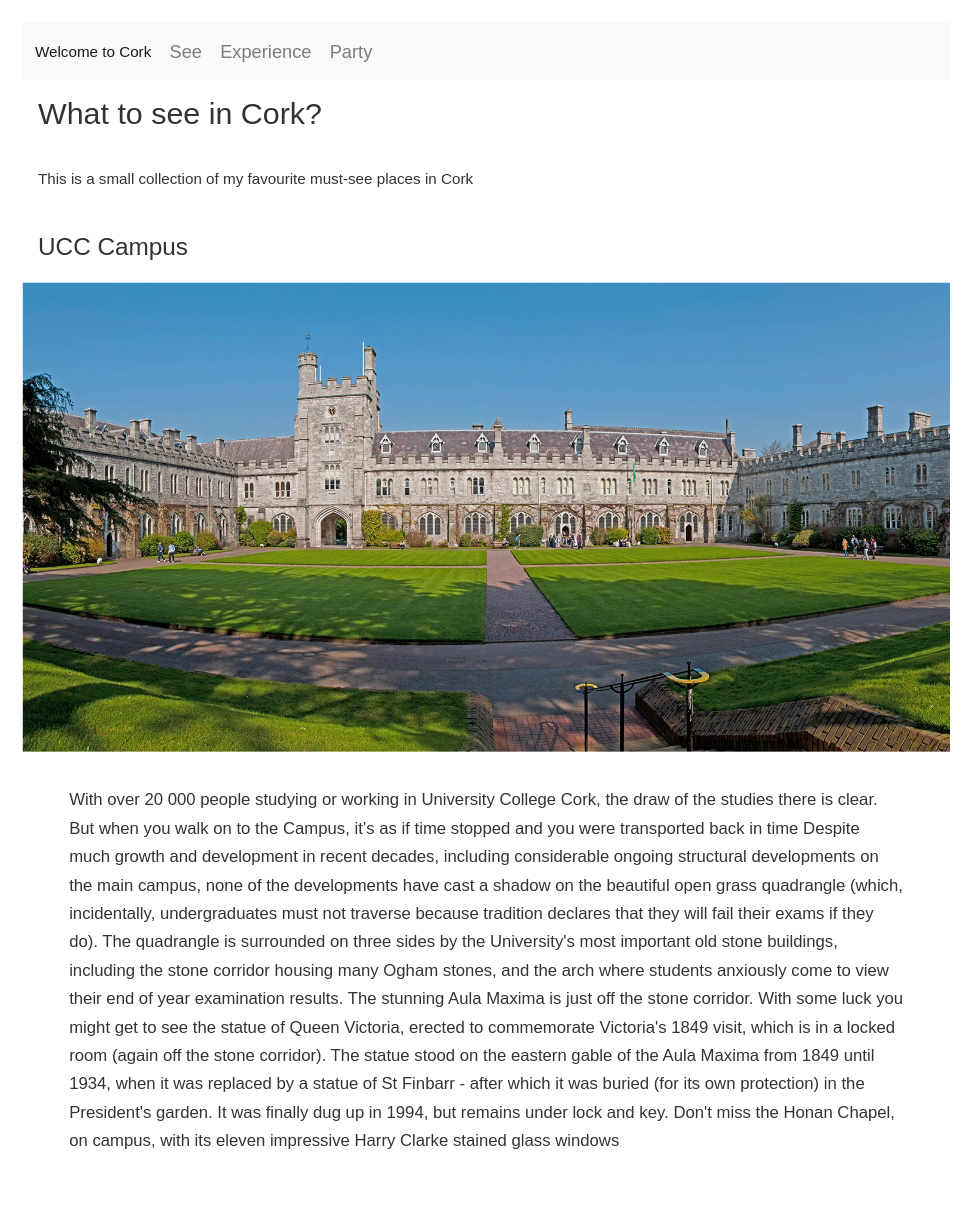
Repository: Maja-Jer/Welcome-to-Cork
Page: see.html
The author's editor kept a record of every edit. The page is drawn from the files as they stood at one moment, then again after the next edit.
The browser window is 1280 px wide. The pictures show the whole page, at 76% of full size.
Some web libraries are served in a nearby version.

Above is the page before.

### see.html
<!DOCTYPE html>
<html lang="en">

<head>
    <meta charset="UTF-8">
    <meta name="viewport" content="width=device-width, initial-scale=1.0">
    <meta http-equiv="X-UA-Compatible" content="ie=edge">
    <link rel="stylesheet" href="https://maxcdn.bootstrapcdn.com/bootstrap/4.1.3/css/bootstrap.min.css">
    <link rel="stylesheet" href="https://use.fontawesome.com/releases/v5.6.1/css/all.css" integrity="sha384-gfdkjb5BdAXd+lj+gudLWI+BXq4IuLW5IT+brZEZsLFm++aCMlF1V92rMkPaX4PP" crossorigin="anonymous">
    <link href="https://fonts.googleapis.com/css?family=Roboto:400,700" rel="stylesheet">
    <link rel="stylesheet" href="assets/style.css" type="text/css" />
    <title>Welcome to Cork, the REAL capital of Ireland</title>
</head>

<body>

    <!---------------Navgation-------->
    <nav class="navbar navbar-light bg-light navbar-expand-sm">
        <a href="/" class="navbar-brand">Welcome to Cork</a>

        <!---------------Dropdown menu-------->
        <button class="navbar-toggler ml-auto" type="button" data-toggle="collapse" data-target="#navbarNavDropdown" aria-controls="navbarNavDropdown" aria-expanded="false" aria-label="Toggle navigation">
        <span class="navbar-toggler-icon"></span></button>

        <div class="collapse navbar-collapse" id="navbarNavDropdown">
            <ul class="navbar-nav mr-auto">
                <li class="nav-item mr-2"><a class="nav-link" href="#see">See</a></li>
                <li class="nav-item mr-2"><a class="nav-link" href="#experience">Experience</a></li>
                <li class="nav-item mr-2"><a class="nav-link" href="#party">Party</a></li>

            </ul>
        </div>

    </nav>

    <!--------------- Article -------->
    <div class="article-see">
        <h1>What to see in Cork?</h1>
        <br>
        <p>This is a small collection of my favourite must-see places in Cork</p>
        <br>
        <div class="ucc-campus">
            <h2>UCC Campus</h2>
        </div>
    </div>


    <div class="container-ucc">
         <div class="container-ucc-campus">
            <img class= "img-fluid" src="assets/photos/ucc-campus.jpg" alt="UCC Campus">
        </div>

            <div class= "site-description">
                <p>With over 20 000 people studying or working in University College Cork, the draw of the studies there is clear. But when you walk on to the Campus, it’s as if time stopped and you were transported back in time Despite much growth and development
            in recent decades, including considerable ongoing structural developments on the main campus, none of the developments have cast a shadow on the beautiful open grass quadrangle (which, incidentally, undergraduates must not traverse because
            tradition declares that they will fail their exams if they do). The quadrangle is surrounded on three sides by the University's most important old stone buildings, including the stone corridor housing many Ogham stones, and the arch where
            students anxiously come to view their end of year examination results. The stunning Aula Maxima is just off the stone corridor. With some luck you might get to see the statue of Queen Victoria, erected to commemorate Victoria's 1849 visit,
            which is in a locked room (again off the stone corridor). The statue stood on the eastern gable of the Aula Maxima from 1849 until 1934, when it was replaced by a statue of St Finbarr - after which it was buried (for its own protection) in
            the President's garden. It was finally dug up in 1994, but remains under lock and key. Don't miss the Honan Chapel, on campus, with its eleven impressive Harry Clarke stained glass windows

                </p>
            </div>
    </div>



    <script src="https://code.jquery.com/jquery-3.3.1.slim.min.js " integrity="sha384-q8i/X+965DzO0rT7abK41JStQIAqVgRVzpbzo5smXKp4YfRvH+8abtTE1Pi6jizo " crossorigin="anonymous "></script>
    <script src="https://cdnjs.cloudflare.com/ajax/libs/popper.js/1.14.7/umd/popper.min.js " integrity="sha384-UO2eT0CpHqdSJQ6hJty5KVphtPhzWj9WO1clHTMGa3JDZwrnQq4sF86dIHNDz0W1 " crossorigin="anonymous "></script>
    <script src="https://stackpath.bootstrapcdn.com/bootstrap/4.3.1/js/bootstrap.min.js " integrity="sha384-JjSmVgyd0p3pXB1rRibZUAYoIIy6OrQ6VrjIEaFf/nJGzIxFDsf4x0xIM+B07jRM " crossorigin="anonymous "></script>
</body>

</html>

### assets/style.css
/*----------------------- header*/

head {
  font-family: 'Roboto', sans-serif;
}

body {
  font: 20px Montserrat, sans-serif;
  line-height: 1.8;
  color: #333;
  display: block;
  padding: 30px;


}

/*----------------------navigation bar*/

ul {
  list-style-type: none;
  margin: 0;
  padding: 0;
  overflow: hidden;
  font-weight: normal;
  font-size: 24px;
}

li {
  float: left;
}

navbar-brand {
  color: black;
}

li a {
  display: block;
  color: white;
  text-align: center;
  padding: 14px 16px;
  text-decoration: none;

}

li a:hover {
  background-color: #9FA8DA;
  color: white;
  text-decoration: none;
  font-weight: bold;
}

/*---------------------end of navigation bar*/

.main-container {


}
.container-main-photo {
  max-height: 300px
  max-width: 80%;

}

/* ---------------------------------- Article*/
.article {
  position: relative;
  vertical-align: top;
  background-color: #fff
  margin-bottom: 1em;
  max-width: 830px;
  padding: 2em 0 0 0;
  text-align: left;
}

.site-photo {
  position: relative;
  text-align: center;
  margin-bottom: 1.6em;
}

.site-description {
  margin: 2em 5% 2em 5%;
  font-size: 1.1em;
  line-height: 1.7;
  color: #333;
}

.article-see {
  padding: 20px;
}

/* ---------------------------------- Containers*/

.container-main-photo {
  max-height: 730px;
  max-width: 1160px;
  padding: 30px;
  margin: 10px;
  overflow: auto;
}


#container-about-cork {
  font-size: 16px;
  margin: 25px 50px 75px;
  padding: 30px;


}
@media screen and (min-width: 600px) {
#container-about-cork {
  font-size: 18px;
  margin: 25px 20px 75px 20px;
  }
}
@media screen and (max-width: 600px) {
#container-about-cork {
  font-size: 14px;
  margin: 25px 10px 75px 20px;
  }
}

.container-ucc {

}



/*---------------------footer*/

.p-3 {
    padding: 1rem!important;
}

.mt-5, .my-5 {
    margin-top: 3rem!important;

}

.bg-secondary {
    background-color: #6c757d!important;
}

.footer {
  width: 100%;
  margin-right: auto;
  margin-left: auto;
}

.text-white {
  color: #fff!important;
}

.col-12 {
  -ms-flex: 0 0 100%;
  flex: 0 0 100%;
  max-width: 100%;
  text-align: center;
}

After the next edit:
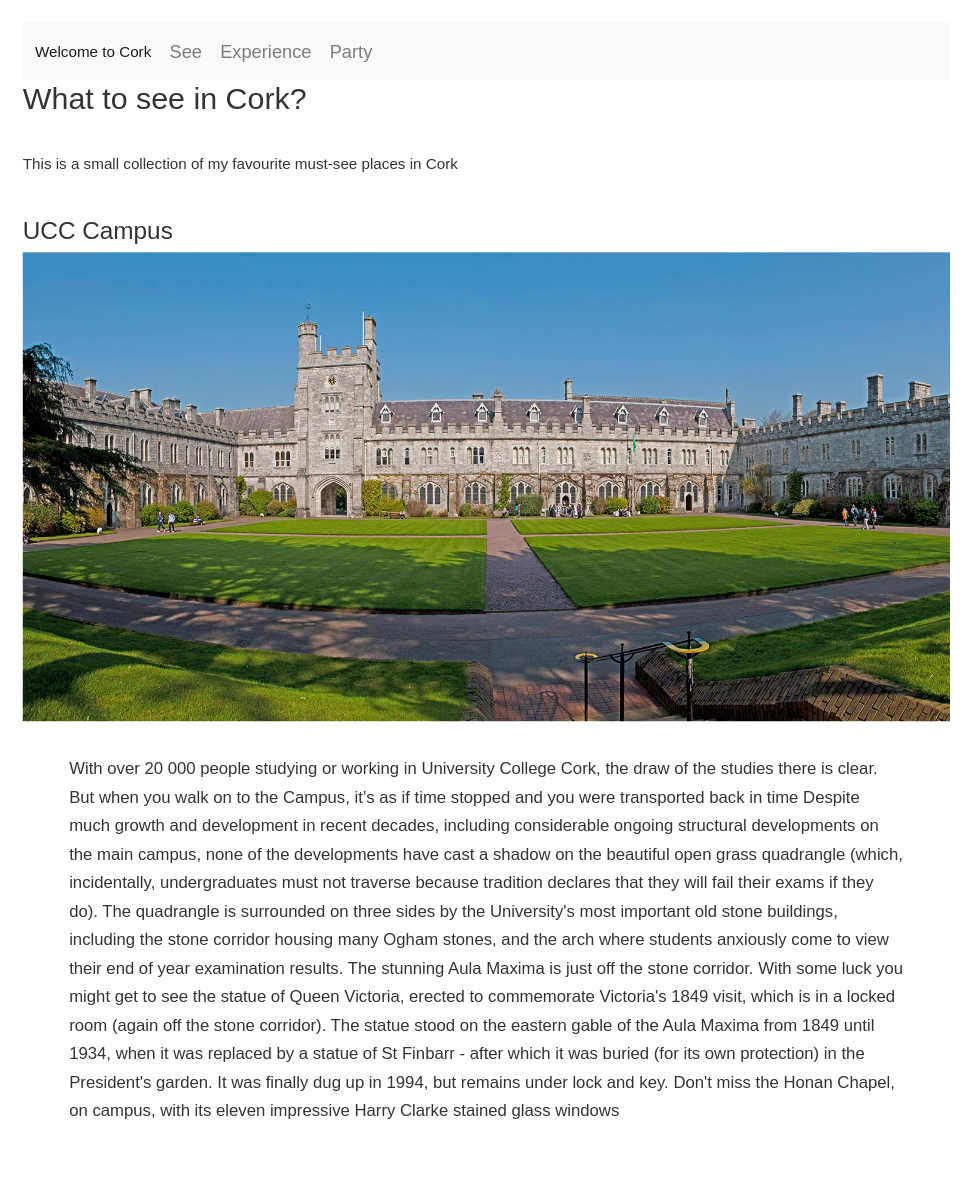
The edit:
--- a/assets/style.css
+++ b/assets/style.css
@@ -85,9 +85,7 @@
   color: #333;
 }
 
-.article-see {
-  padding: 20px;
-}
+
 
 /* ---------------------------------- Containers*/
 
